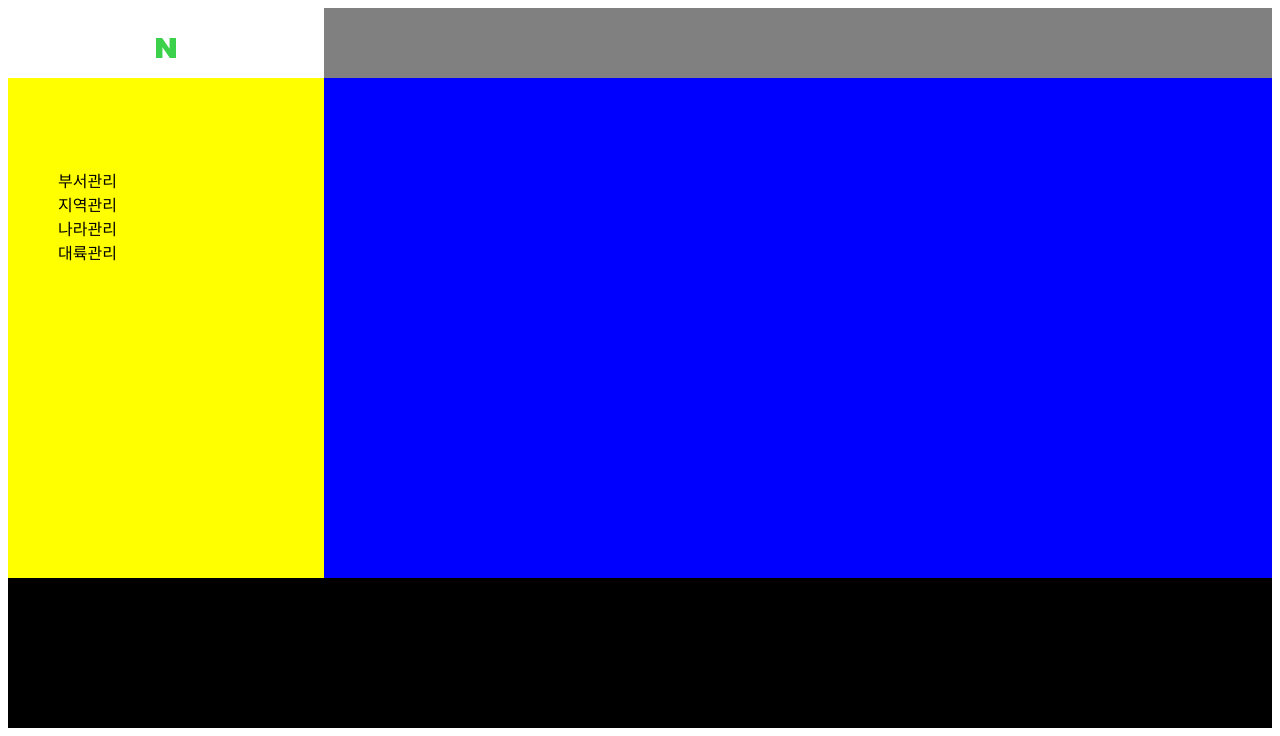
Repository: mireu930/Serverlet_App
Page: src/build/classes/webapp/template/layout.html
An editor plug-in stored every save of this project. The page is shown before and after the next save, followed by the edit.
The browser window is 1280 px wide. The pictures show the whole page.

Above is the page before, as saved 2025-02-07 11:49:39.

### src/build/classes/webapp/template/layout.html
<!DOCTYPE html>
<html lang="en">
<head>
  <meta charset="UTF-8">
  <meta name="viewport" content="width=device-width, initial-scale=1.0">
  <title>Document</title>
  <style>
    header {
  width: 100%;
  height: 70px;
  /* background-color: gray; */
}

.wrap_left{
  display: flex;
}

.left {
  width: 25%;
  height: 100%;

}

.right {
  width: 75%;
  height: 100%;
}

.logo {
  /* background-color:aqua; */
  box-sizing: border-box;
  /* padding: 20px 60px; */
}

.logo img {
  display: block;
  margin: 30px auto;
}

.menu {
  background-color:gray;

}

.content {
  width: 100%;
  height: 500px;
  /* background-color: red; */
}

.content_left {
  background-color:yellow;
  /* padding: auto 10px; */
}

.content_left ul {
  list-style: none;
  /* border: 1px black solid; */
  margin: 90px 10px;
}

/* .content_left ul li {
  margin: 50px 0;
} */

.content_right {
  background-color:blue
}

footer {
  width: 100%;
  height: 150px;
  background-color: black;
}
  </style>
</head>
<body>
  <header class = "wrap_left">
    <div class = "left logo" >
      <img src = "/naver_sports/images/네이버.svg">
    </div>
    <div class = "right menu">

    </div>
  </header>
  <section class = "wrap_left content">
    <div class = "left content_left">
      <ul>
        <li>부서관리</li>
        <li>지역관리</li>
        <li>나라관리</li>
        <li>대륙관리</li>
      </ul>
    </div>
    <div class = " right content_right">

    </div>
  </section>
  <footer class = "wrap_left">
    <div class = "left footer_left">

    </div>
    <div class = "right footer_right">

    </div>
  </footer>

</body>
</html>

After the next save:
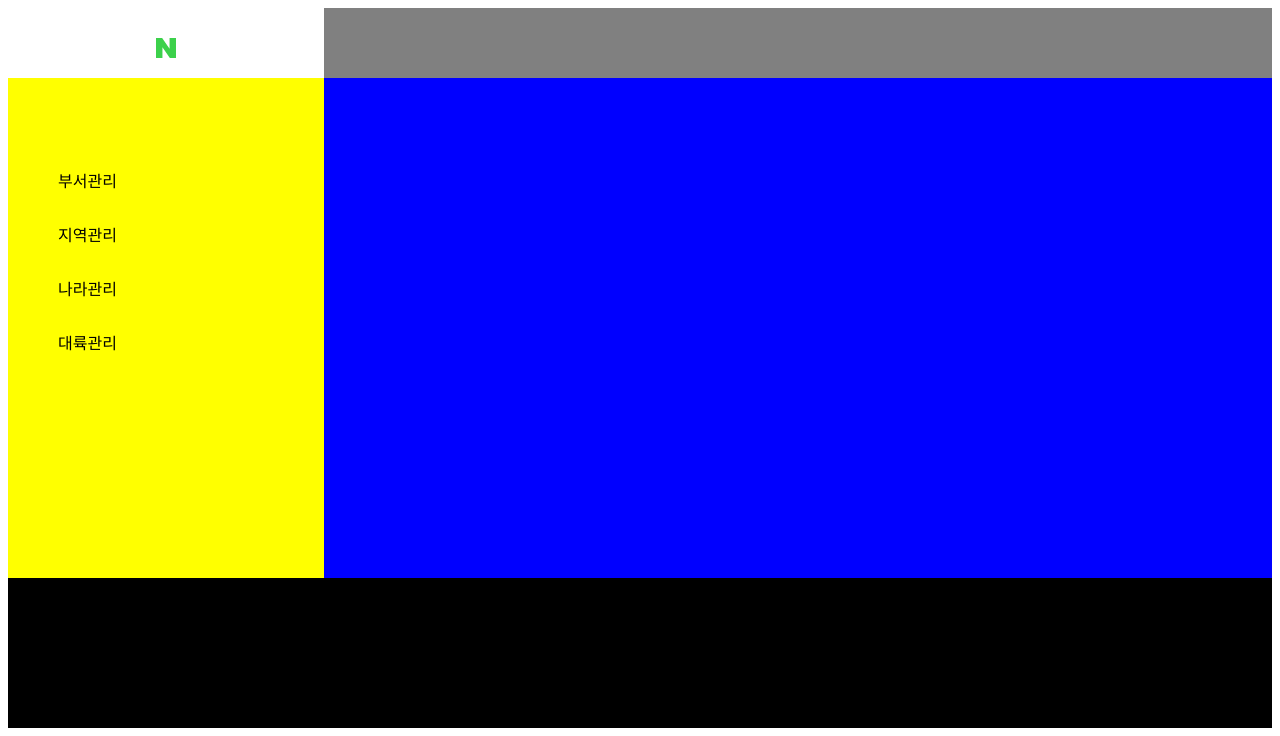
Saved 7 s later.
--- a/src/build/classes/webapp/template/layout.html
+++ b/src/build/classes/webapp/template/layout.html
@@ -59,9 +59,9 @@
   margin: 90px 10px;
 }
 
-/* .content_left ul li {
-  margin: 50px 0;
-} */
+.content_left ul li {
+  margin: 30px 0;
+}
 
 .content_right {
   background-color:blue
